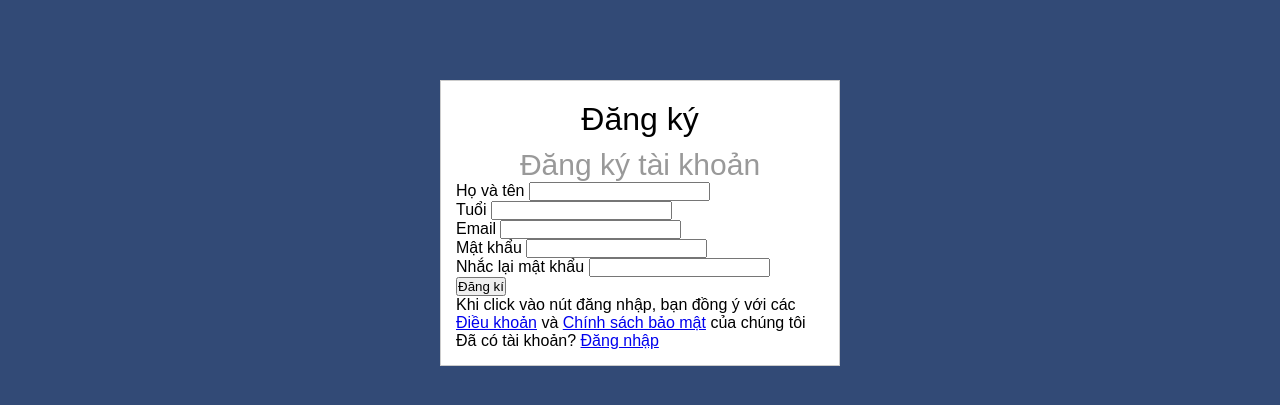
Repository: Ngoc28/HTML-CSS
Page: form/index.html
These files come from the project's save history. The page is drawn as it stood at one moment and after the next save; the edit follows.
The browser window is 1280 px wide. The pictures show the whole page.

Above is the page before, as saved 2023-08-05 14:47:35.

### form/index.html
<!DOCTYPE html>
<html lang="en">
<head>
    <meta charset="UTF-8">
    <meta name="viewport" content="width=device-width, initial-scale=1.0">
    <title>Register</title>
    <link rel="stylesheet" href="./styles.css">
</head>
<body>
    <div class="form">
        <form action="" class="form-register">
            <div class="heading">
                <h1 class="tieude">Đăng ký</h1>
                <p class="desc">
                    Đăng ký tài khoản
                </p>
            </div>
            <!-- text -->
            <div class="name">
                <label for="hoten">Họ và tên</label>
                <input type="text" name="hoten">
            </div>
            <div class="age">
                <label for="tuoi">Tuổi</label>
                <input type="number" name="tuoi" id="tuoi">
            </div>

            <div class="email">
                <label for="email">Email</label>
                <input type="email" name="email" id="email">
            </div>
            <div class="password">
                <label for="password">Mật khẩu</label>
                <input type="password" name="password" id="password">
            </div>
            <div class="password">
                <label for="password">Nhắc lại mật khẩu</label>
                <input type="password" name="password" id="password">
            </div>

                <input type="submit" value="Đăng kí">
            <div class="rules">
                <p class="dieukhoan">
                    Khi click vào nút đăng nhập, bạn đồng ý với các
                    <a href="#">Điều khoản</a>
                    và
                    <a href="#">Chính sách bảo mật</a>
                    của chúng tôi
                </p>
                <p class="hasAcount">
                    Đã có tài khoản?
                    <a href="#">Đăng nhập</a>
                </p>
            </div>
        </form>
    </div>
</body>
</html>

### form/styles.css
*{
    padding: 0;
    margin: 0;
    box-sizing: border-box;
}

body {
    background: #324a76;
    font-family: Arial, Helvetica, sans-serif;
}

.form {
    display: flex;
    justify-content: center;
    align-items: center;
    margin-top: 80px;
}

.form-register {
    padding: 20px 15px 15px 15px;
    width: 400px;
    border: 1px solid #ccc;
    background: #fff;
}

.heading {
    text-align: center
}

.tieude {
    font-size: 32px;
    font-weight: 400;
    padding-bottom: 10px;
}

.desc {
    font-size: 30px;
    color: #999;
}

After the next save:
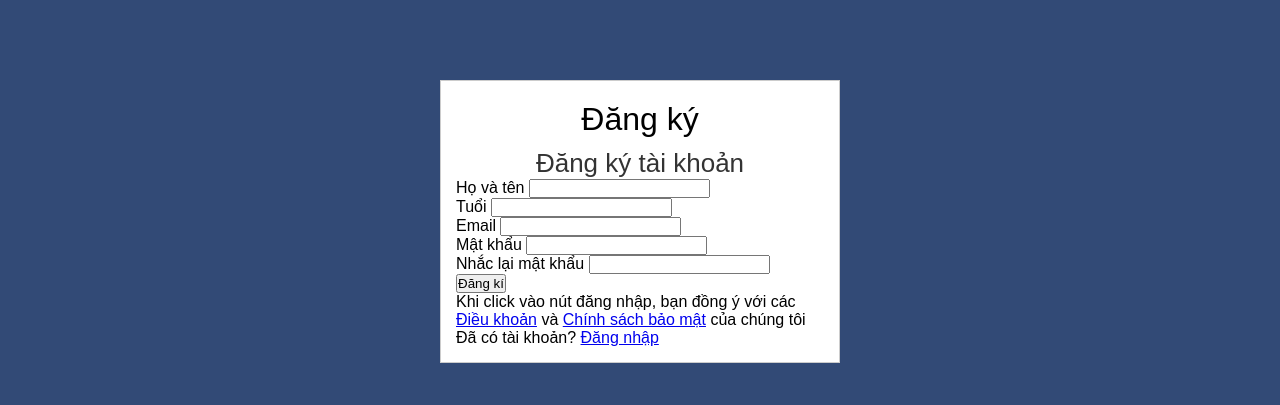
Saved 14 s later.
--- a/form/styles.css
+++ b/form/styles.css
@@ -34,6 +34,6 @@ body {
 }
 
 .desc {
-    font-size: 30px;
-    color: #999;
+    font-size: 26px;
+    color: #333;
 }
